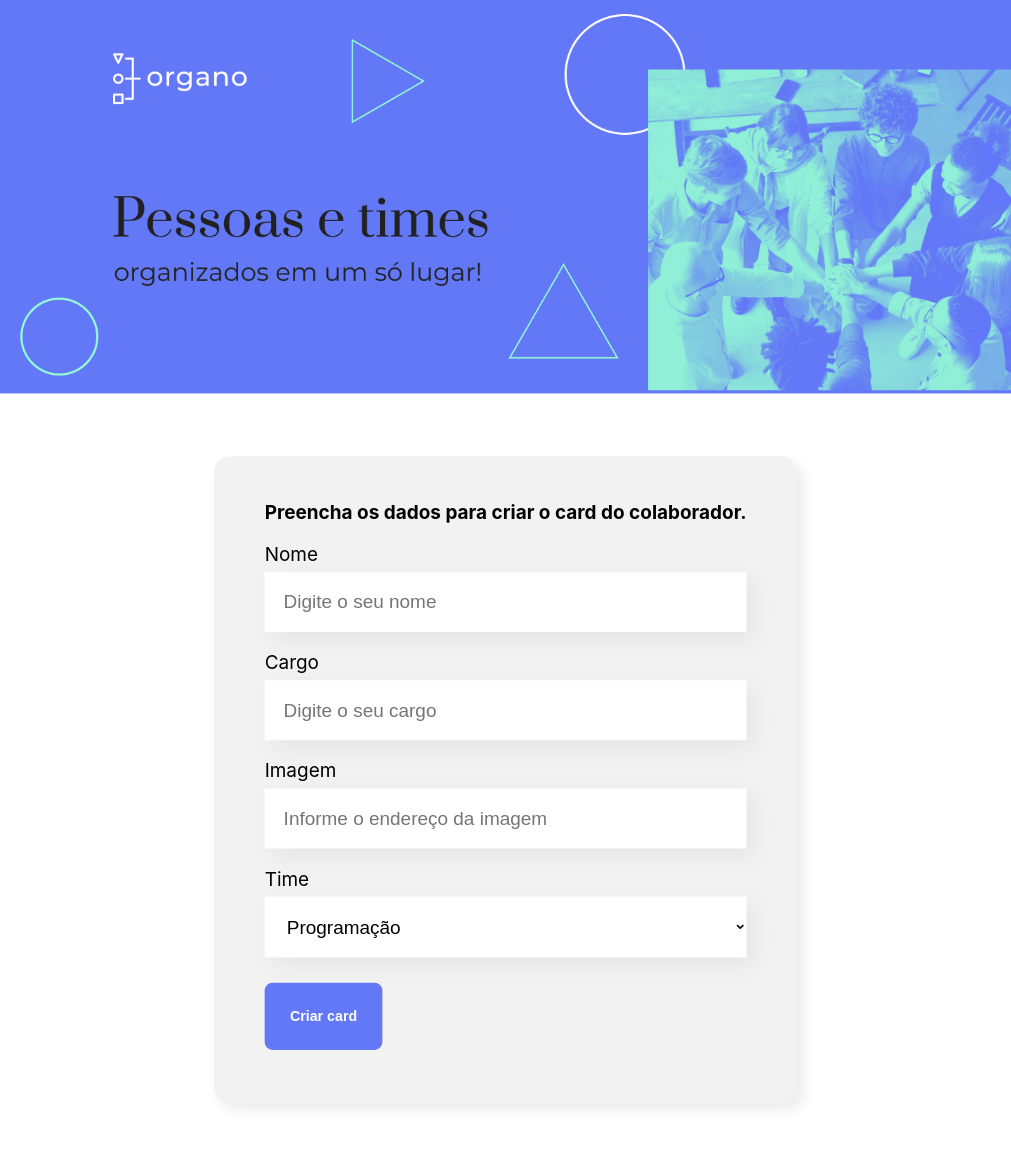
Repository: devMuriloOliveira/organo
Page: /
These files come from the project's save history. The page is drawn as it stood at one moment and after the next save; the edit follows.
The browser window is 1280 px wide. The pictures show the whole page, at 79% of full size.
The project was rebuilt for these pictures with package versions that can differ from the ones it lists, and the page was loaded fresh each time.

Above is the page before, as saved 2023-01-12 17:07:34.

### src/App.js

import Banner from './componentes/Banner/Banner'
import Formulario from './componentes/Formulario'


function App() {
  return (
    <div className="App">
      <Banner/>
      <Formulario/>


    </div>
  )
}

export default App

### src/componentes/Banner/Banner.js
import './Banner.css'

function Banner() {
  return (
    <header className="banner">
      <img src="/imagens/banner.png" alt="O banner principal da pagina Organo"/>
    </header>


    )

}

export default Banner

### src/componentes/Formulario/index.js
import Botao from '../Botao'
import CampoTexto from '../CampoTexto'
import ListaSuspensa from '../ListaSuspensa'
import './Formulario.css'

const Formulario = () =>{

    const times = [
      'Programação',
      'Front-End',
      'Data Science',
      'Devops',
      'UX e Design',
      'Mobile',
      'Inovação e Gestão'
    ]

    const aoSalvar = (evento) => {
      evento.preventDefault()
      console.log('Form foi submetido')
    }

  return(

    <section className='formulario'>
      <form onSubmit={aoSalvar}>
        <h2>Preencha os dados para criar o card do colaborador.</h2>
      <CampoTexto obrigatorio={true} label="Nome" placeholder="Digite o seu nome"/>
      <CampoTexto obrigatorio={true} label="Cargo" placeholder="Digite o seu cargo"/>
      <CampoTexto label="Imagem" placeholder="Informe o endereço da imagem"/>
      <ListaSuspensa obrigatorio={true} label="Time" itens={times}/>
      <Botao>
        Criar card
      </Botao>
      </form>
    </section>
  )
}

export default Formulario

### src/componentes/Banner/Banner.css
.banner {
  background-color: #6278F7;
  text-align: center;
}

.banner img {
  max-width: 100%;
}

### src/componentes/Botao/index.js
import './Botao.css'

const Botao = (props) =>{
  return(
      <button className='botao'>
        {props.children}
      </button>
  )
}

export default Botao

### src/componentes/CampoTexto/index.js
import './CampoTexto.css'

const CampoTexto = (props) =>{

let valor = 'muirilo'

  const aiDigitado = (evento) =>{
  valor = (evento.target.value)
  console.log(valor)
}

  return(
    <div className="campo-texto">
      <label>{props.label}</label>
      <input  onChange={aiDigitado} required={props.obrigatorio} placeholder={props.placeholder}/>
    </div>
  )
}

export default CampoTexto

### src/componentes/ListaSuspensa/index.js
import './ListaSuspensa.css'

const ListaSuspensa = (props) => {
  return(
    <div className='lista-suspensa'>
        <label>{props.label}</label>
        <select required={props.required}>
          {props.itens.map(item => {
            return <option key={item}>{item}</option>
          })}
        </select>
    </div>
  )
}

export default ListaSuspensa

### src/componentes/Formulario/Formulario.css
.formulario {
  display: flex;
  justify-content: center;
  margin: 80px 0;
}

.formulario form {
  max-width: 80%;
  background-color: #f2f2f2;
  border-radius: 20px;
  padding: 36px 64px;
  box-shadow: 8px 8px 16px rgba(0, 0, 0, 0.08);
}

### src/componentes/Botao/Botao.css
.botao {
  background-color: #6278F7;
  border-radius: 10px;
  font-weight: 700;
  font-size: 18px;
  padding: 32px;
  border: none;
  cursor: pointer;
  color: #fff;
  margin: 32px 0;
}

.botao:hover {
  color: #95ffd4;
}

### src/componentes/CampoTexto/CampoTexto.css
.campo-texto {
  margin: 24px 0;
}

.campo-texto label {
  display: block;
  margin-bottom: 8px;
  font-size: 24px;
}

.campo-texto input {
  background-color: #fff;
  box-shadow: 10px 10px 30px rgba(0, 0, 0, 0.06);
  width: 100%;
  border: none;
  font-size: 24px;
  padding: 24px;
  box-sizing: border-box;
}

### src/componentes/ListaSuspensa/ListaSuspensa.css
.lista-suspensa label {
  display: block;
  margin-bottom: 8px;
  font-size: 24px;
}

.lista-suspensa select {
  background-color: #fff;
  box-shadow: 10px 10px 30px rgba(0, 0, 0, 0.06);
  width: 100%;
  border: none;
  font-size: 24px;
  padding: 24px;
  box-sizing: border-box;
}

Loaded but not shown: public/index.html (common file); src/index.js (common file); src/index.css (common file)

After the next save:
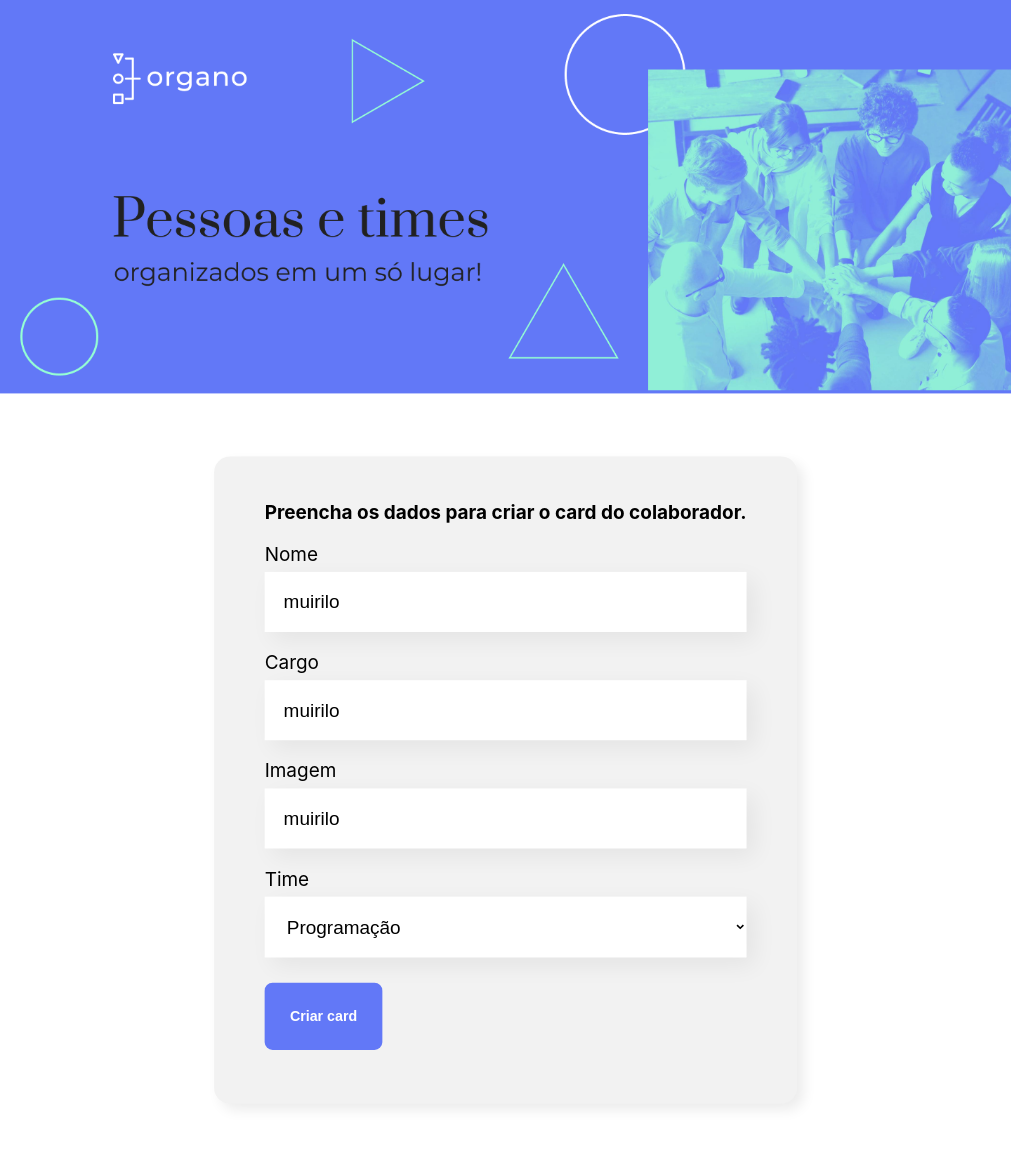
Saved 11 s later.
--- a/src/componentes/CampoTexto/index.js
+++ b/src/componentes/CampoTexto/index.js
@@ -12,7 +12,7 @@ let valor = 'muirilo'
   return(
     <div className="campo-texto">
       <label>{props.label}</label>
-      <input  onChange={aiDigitado} required={props.obrigatorio} placeholder={props.placeholder}/>
+      <input value={valor} onChange={aiDigitado} required={props.obrigatorio} placeholder={props.placeholder}/>
     </div>
   )
 }

After the save that followed:
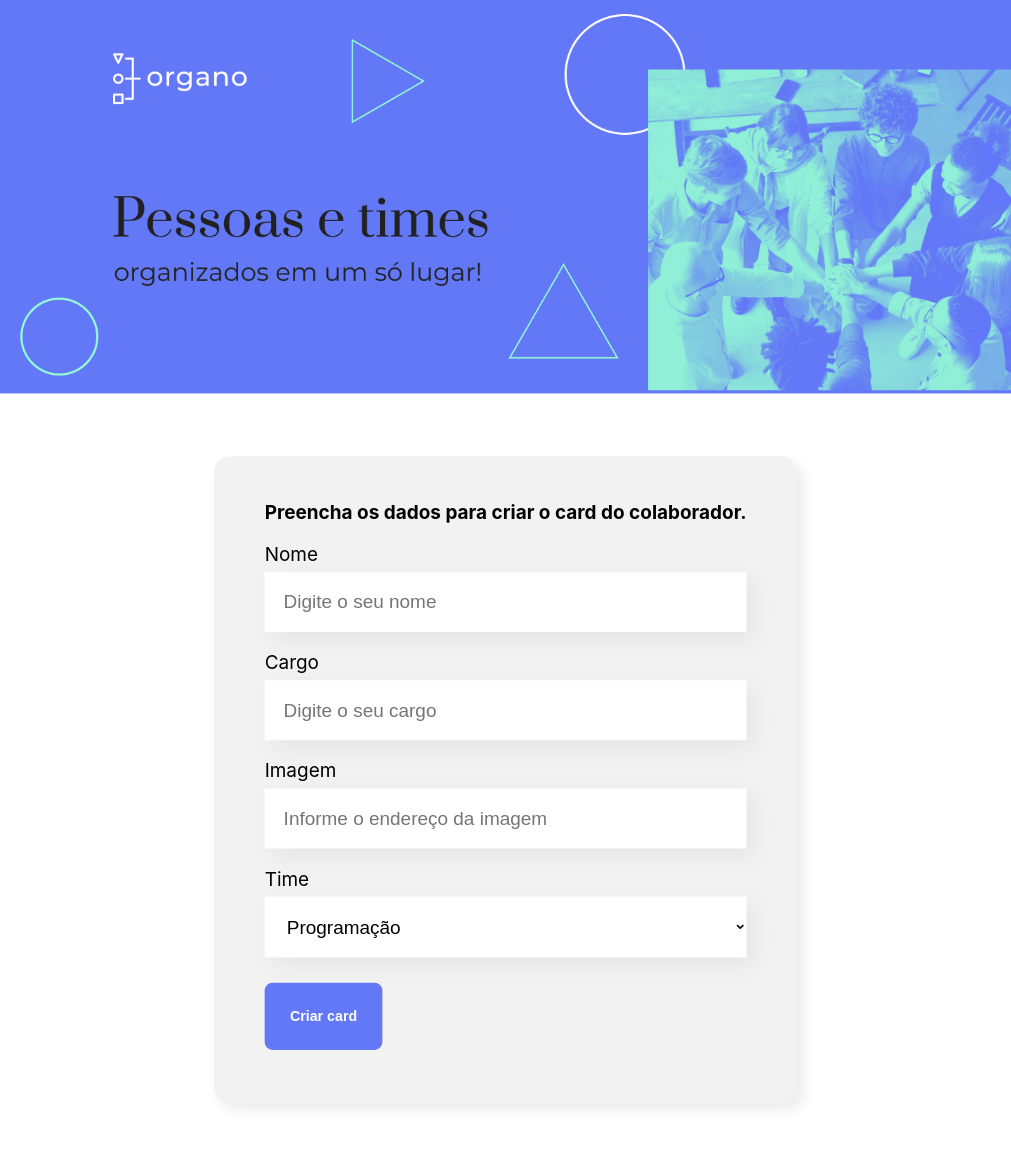
Saved 19 s later.
--- a/src/componentes/CampoTexto/index.js
+++ b/src/componentes/CampoTexto/index.js
@@ -2,7 +2,7 @@ import './CampoTexto.css'
 
 const CampoTexto = (props) =>{
 
-let valor = 'muirilo'
+let valor = ''
 
   const aiDigitado = (evento) =>{
   valor = (evento.target.value)
